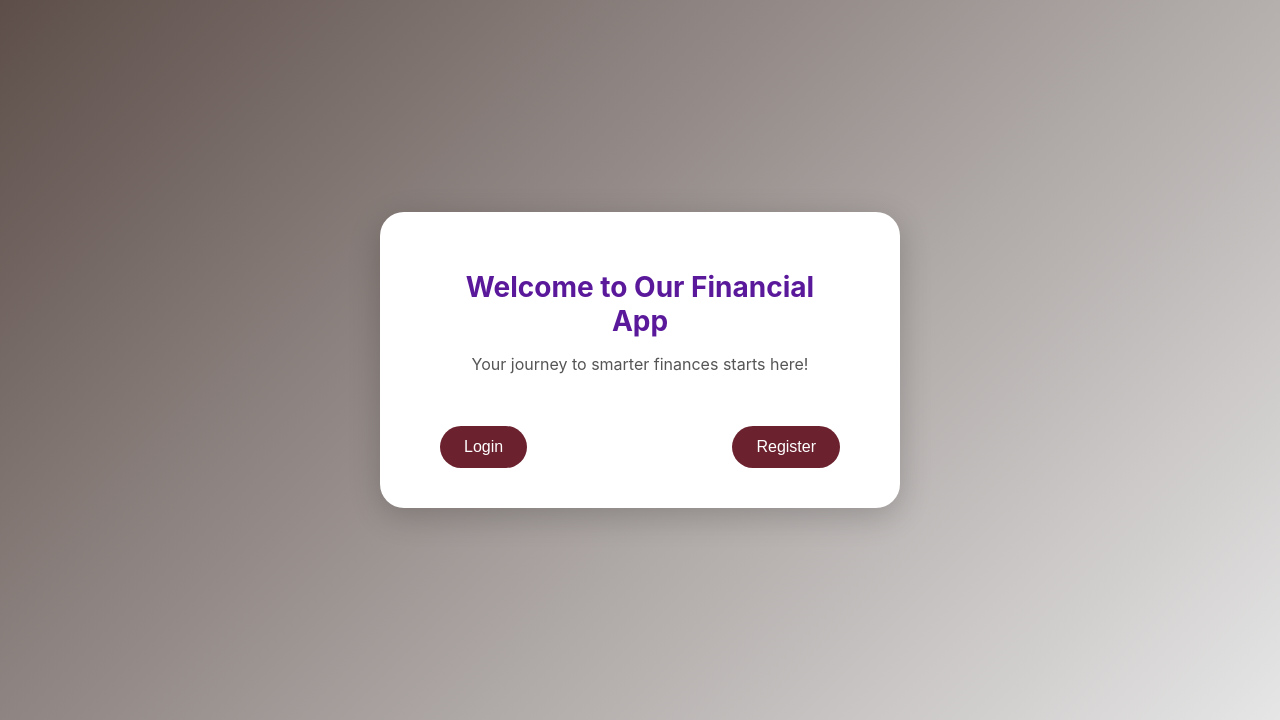
Repository: aab232/https---github.com-aab232-Deferred-Payment-Platform
Page: / (app in frontend/)
These files come from the project's save history. The page is drawn as it stood at one moment and after the next save; the edit follows.
The browser window is 1280 px wide. The pictures show the whole page.
The project was rebuilt for these pictures with package versions that can differ from the ones it lists, and the page was loaded fresh each time. Also part of the build but not shown: frontend/src/components/Register.js, frontend/src/components/Login.js.

Above is the page before, as saved 2025-03-18 19:30:02.

After the next save:
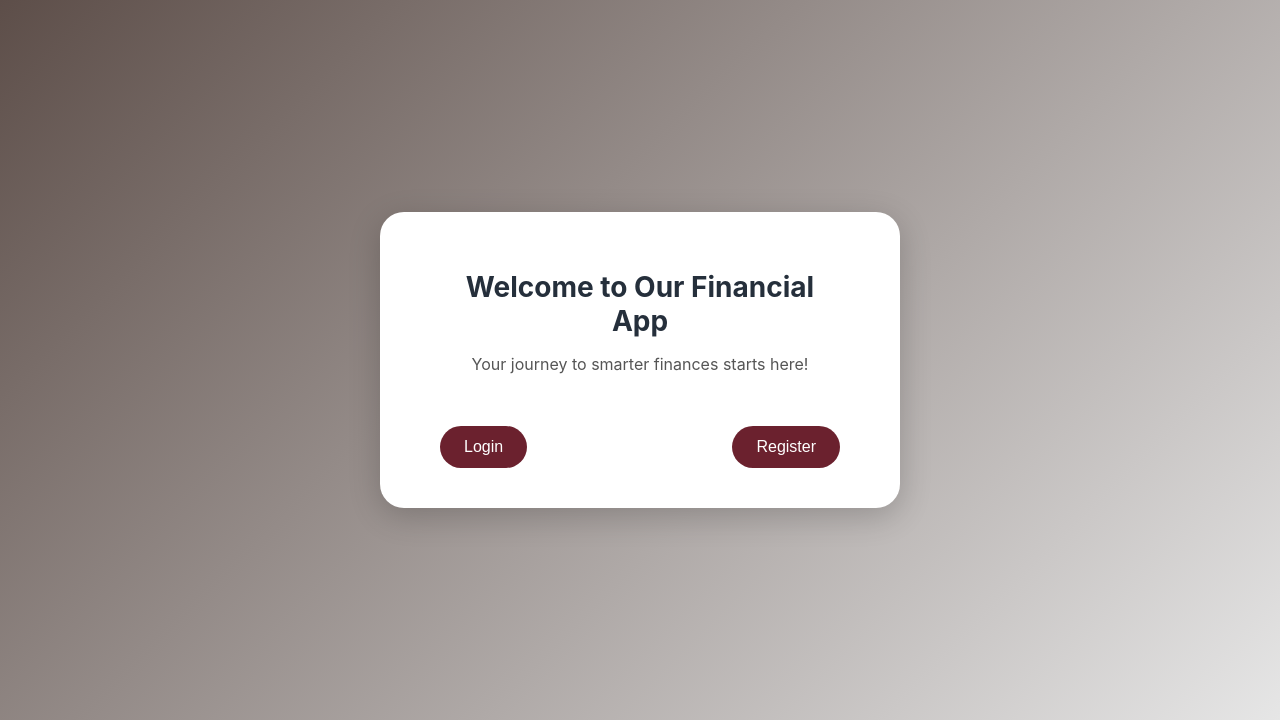
Saved 2 s later.
--- a/frontend/src/components/Home.css
+++ b/frontend/src/components/Home.css
@@ -4,7 +4,7 @@
     justify-content: center;
     align-items: center;
     height: 100vh; /* Full viewport height */
-    background: linear-gradient(135deg, #8a2be2, #5a189a); /* Elegant gradient */
+    background: linear-gradient(135deg, #252f3b, #252d3b); /* Elegant gradient */
   }
 
   .card {
@@ -20,7 +20,7 @@
   h1 {
     margin-bottom: 16px;
     font-size: 28px;
-    color: #5a189a;
+    color: #252f3b;
   }
 
   p {
@@ -42,9 +42,9 @@
     cursor: pointer;
     transition: background 0.3s ease;
     color: white;
-    background: #5a189a;
+    background: #252f3b;
   }
 
   .btn:hover {
-    background: #8a2be2; /* Button hover effect */
+    background: #252f3b; /* Button hover effect */
   }
